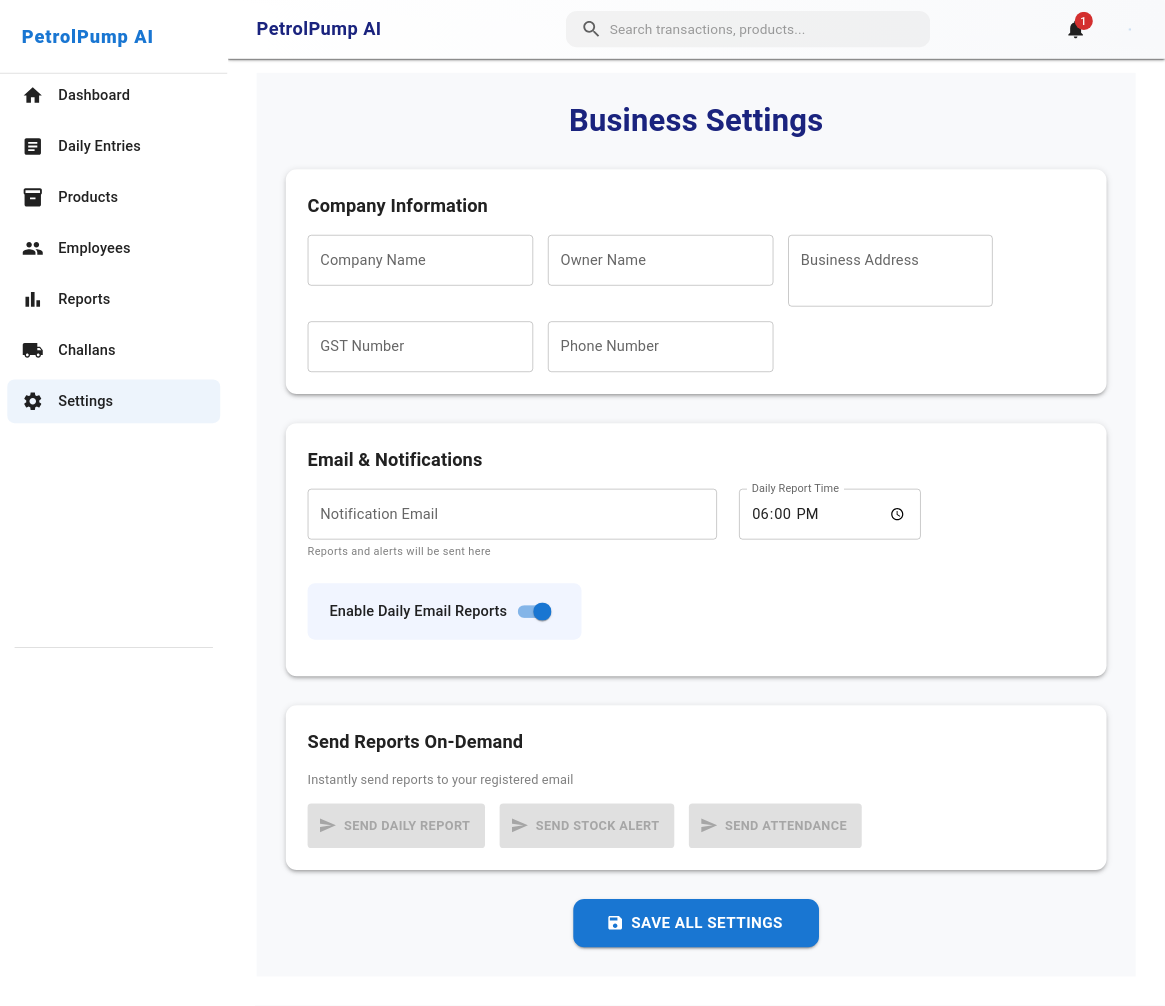
Repository: saquib0509/AI-Enabled-Retail-Management-
Page: /settings (app in frontend/)
These files come from the project's save history. The page is drawn as it stood at one moment and after the next save; the edit follows.
The browser window is 1280 px wide. The pictures show the whole page, at 91% of full size.
The page's requests for data from a server got no answer. The project was rebuilt for these pictures with package versions that can differ from the ones it lists, and the page was loaded fresh each time. No one was signed in, and anything a server would have sent is missing. Also part of the build but not shown: frontend/vite.config.ts, frontend/src/pages/Dashboard.tsx, frontend/src/components/DailyEntryForm.tsx, frontend/src/components/EmployeeList.tsx, frontend/src/components/EmployeeForm.tsx, frontend/src/components/EmployeeAttendance.tsx, frontend/src/components/EmployeeSalary.tsx, frontend/src/pages/Employees.tsx and 10 more.

Above is the page before, as saved 2025-11-09 00:03:03.

### frontend/index.html
<!DOCTYPE html>
<html lang="en">
<head>
  <meta charset="UTF-8">
  <meta name="viewport" content="width=device-width, initial-scale=1.0">
  <title>Petrol Pump Management</title>
  <link rel="stylesheet" href="/src/styles.css">
</head>
<body>
  <div id="root"></div>
  <script type="module" src="/src/main.tsx"></script>
</body>
</html>

### frontend/src/main.tsx
import { StrictMode } from 'react';
import { createRoot } from 'react-dom/client';
import { BrowserRouter } from 'react-router-dom';
import { AppProvider } from './context/AppContext';
import App from './App';
import './styles.css';

// Initialize the application
const container = document.getElementById('root');

if (!container) {
  throw new Error("Failed to find the root element");
}

const root = createRoot(container);

root.render(
  <StrictMode>
    <BrowserRouter>
      <AppProvider>
        <App />
      </AppProvider>
    </BrowserRouter>
  </StrictMode>
);

### frontend/src/App.tsx
import { Routes, Route } from 'react-router-dom';
import Layout from './components/layout/Layout';
import Dashboard from './pages/Dashboard';
import DailyEntryForm from './components/DailyEntryForm';
import Employees from "./pages/Employees";
import Products from "./pages/Products";
import Settings from "./pages/Settings";
import Challans from "./pages/Challans";
import Reports from "./pages/Reports";



const App = () => {
  return (
    <div className="app-container">
      <Routes>
        <Route path="/" element={<Layout />}>
          <Route index element={<Dashboard />} />
          <Route path="entries" element={<DailyEntryForm />} />
          <Route path="products" element={<Products />} />
          <Route path="employees" element={<Employees />} />
          <Route path="reports" element={<Reports />} />
          <Route path="settings" element={<Settings />} />
          <Route path="challans" element={<Challans />} />
        </Route>
      </Routes>
    </div>
  );
};

export default App;

### frontend/src/components/layout/Layout.tsx
import { useState } from 'react';
import { Outlet } from 'react-router-dom';
import { Box, CssBaseline, AppBar, Toolbar, useTheme, useMediaQuery } from '@mui/material';
import Sidebar from './Sidebar';
import Navbar from './Navbar';

const drawerWidth = 250;

export default function Layout() {
  const [mobileOpen, setMobileOpen] = useState(false);
  const theme = useTheme();
  const isDesktop = useMediaQuery(theme.breakpoints.up('md'));

  const handleDrawerToggle = () => {
    setMobileOpen(!mobileOpen);
  };

  return (
    <Box sx={{ display: 'flex', minHeight: '100vh', bgcolor: 'background.default', color: 'text.primary' }}>
      <CssBaseline />
      {/* AppBar */}
      <AppBar
        position="fixed"
        sx={{
          width: { md: `calc(100% - ${drawerWidth}px)` },
          ml: { md: `${drawerWidth}px` },
          bgcolor: 'background.paper',
          color: 'text.primary',
          boxShadow: 2
        }}
        elevation={isDesktop ? 1 : 4}
      >
        <Toolbar variant="dense" disableGutters>
          <Navbar onMenuClick={handleDrawerToggle} />
        </Toolbar>
      </AppBar>
      {/* Drawer/Sidebar */}
      <Sidebar
        variant={isDesktop ? 'permanent' : 'temporary'}
        open={isDesktop ? true : mobileOpen}
        onClose={handleDrawerToggle}
        drawerWidth={drawerWidth}
      />
      {/* Main Content */}
      <Box
        component="main"
        sx={{
          flexGrow: 1,
          p: { xs: 2, sm: 3, md: 4 },
          width: { xs: '100%', md: `calc(100% - ${drawerWidth}px)` },
          mt: 6,
          minHeight: '100vh',
        }}
      >
        <Outlet />
      </Box>
    </Box>
  );
}

### frontend/src/pages/Settings.tsx
import { useState, FC, useEffect } from "react";
import {
  Box,
  Paper,
  TextField,
  Button,
  Stack,
  Typography,
  Switch,
  Alert,
  Grid,
  CircularProgress,
  Divider,
} from "@mui/material";
import SaveIcon from "@mui/icons-material/Save";
import SendIcon from "@mui/icons-material/Send";
import HelpOutlineIcon from "@mui/icons-material/HelpOutline";
import api from "../services/api";

interface BusinessSettings {
  id?: number;
  companyName: string;
  ownerName: string;
  businessAddress: string;
  gstNumber: string;
  emailAddress: string;
  dailyEmailEnabled: boolean;
  emailScheduleTime: string;
  phoneNumber?: string;
  supportEmail?: string;
}

const Settings: FC = () => {
  const [settings, setSettings] = useState<BusinessSettings>({
    companyName: "",
    ownerName: "",
    businessAddress: "",
    gstNumber: "",
    emailAddress: "",
    dailyEmailEnabled: true,
    emailScheduleTime: "18:00",
    phoneNumber: "",
    supportEmail: "",
  });

  const [loading, setLoading] = useState(true);
  const [saved, setSaved] = useState(false);
  const [sendingReport, setSendingReport] = useState<string | null>(null);

  useEffect(() => {
    fetchSettings();
  }, []);

  const fetchSettings = async () => {
    try {
      const res = await api.get<BusinessSettings>("/settings");
      setSettings(res.data);
    } catch {
      console.log("No settings found, creating new...");
    } finally {
      setLoading(false);
    }
  };

  const handleInputChange = (field: string, value: any) => {
    setSettings({ ...settings, [field]: value });
    setSaved(false);
  };

  const handleSave = async () => {
    try {
      const res = await api.post<BusinessSettings>("/settings", settings);
      setSettings(res.data);
      setSaved(true);
      setTimeout(() => setSaved(false), 3000);
    } catch {
      alert("Error saving settings");
    }
  };

  const handleSendReport = async (
    type: "daily-report" | "stock-alert" | "attendance" | "revenue-alert"
  ) => {
    if (!settings.emailAddress) {
      alert("Email address not configured");
      return;
    }
    setSendingReport(type);
    try {
      const endpoints: Record<string, string> = {
        "daily-report": "/settings/send-daily-report-now",
        "stock-alert": "/settings/send-stock-alert-now",
        attendance: "/settings/send-attendance-now",
        "revenue-alert": "/settings/send-revenue-alert-now",
      };
      const res = await api.post(endpoints[type], {});
      alert(res.data);
    } catch (error: any) {
      alert("Error: " + (error.response?.data || "Failed to send report"));
    } finally {
      setSendingReport(null);
    }
  };

  if (loading)
    return (
      <Box display="flex" justifyContent="center" mt={10}>
        <CircularProgress />
      </Box>
    );

  return (
    <Box sx={{ p: 4, background: "#f8f9fb", minHeight: "100vh" }}>
      <Typography
        variant="h4"
        sx={{
          mb: 4,
          fontWeight: "bold",
          color: "#1a237e",
          textAlign: "center",
        }}
      >
        Business Settings
      </Typography>

      {saved && (
        <Alert severity="success" sx={{ mb: 3 }}>
          Settings updated successfully
        </Alert>
      )}

      {/* Company Information */}
      <Paper elevation={3} sx={{ p: 3, mb: 4, borderRadius: 3 }}>
        <Typography variant="h6" sx={{ mb: 2, fontWeight: 600 }}>
          Company Information
        </Typography>
        <Grid container spacing={2}>
          <Grid item xs={12} sm={6}>
            <TextField
              fullWidth
              label="Company Name"
              value={settings.companyName}
              onChange={(e) =>
                handleInputChange("companyName", e.target.value)
              }
            />
          </Grid>
          <Grid item xs={12} sm={6}>
            <TextField
              fullWidth
              label="Owner Name"
              value={settings.ownerName}
              onChange={(e) => handleInputChange("ownerName", e.target.value)}
            />
          </Grid>
          <Grid item xs={12}>
            <TextField
              fullWidth
              label="Business Address"
              multiline
              rows={2}
              value={settings.businessAddress}
              onChange={(e) =>
                handleInputChange("businessAddress", e.target.value)
              }
            />
          </Grid>
          <Grid item xs={12} sm={6}>
            <TextField
              fullWidth
              label="GST Number"
              value={settings.gstNumber}
              onChange={(e) => handleInputChange("gstNumber", e.target.value)}
            />
          </Grid>
          <Grid item xs={12} sm={6}>
            <TextField
              fullWidth
              label="Phone Number"
              value={settings.phoneNumber}
              onChange={(e) => handleInputChange("phoneNumber", e.target.value)}
            />
          </Grid>
        </Grid>
      </Paper>

      {/* Email & Notifications */}
      <Paper elevation={3} sx={{ p: 3, mb: 4, borderRadius: 3 }}>
        <Typography variant="h6" sx={{ mb: 2, fontWeight: 600 }}>
          Email & Notifications
        </Typography>
        <Grid container spacing={3}>
          <Grid item xs={12} md={6}>
            <TextField
              fullWidth
              label="Notification Email"
              type="email"
              value={settings.emailAddress}
              onChange={(e) => handleInputChange("emailAddress", e.target.value)}
            />
            <Typography variant="caption" sx={{ color: "gray" }}>
              Reports and alerts will be sent here
            </Typography>
          </Grid>

          <Grid item xs={12} md={6}>
          {settings.dailyEmailEnabled && (
              <TextField
                label="Daily Report Time"
                type="time"
                value={settings.emailScheduleTime}
                onChange={(e) =>
                  handleInputChange("emailScheduleTime", e.target.value)
                }
                InputLabelProps={{ shrink: true }}
                sx={{ width: 200 }}
              />
            )}
          </Grid>

          <Grid item xs={12}>

            <Stack
              direction="row"
              justifyContent="space-between"
              alignItems="center"
              sx={{
                background: "#f1f5ff",
                borderRadius: 2,
                px: 3,
                py: 1.5,
                mb: 2,
              }}
            >
              <Typography fontWeight="500">
                Enable Daily Email Reports
              </Typography>
              <Switch
                checked={settings.dailyEmailEnabled}
                onChange={(e) =>
                  handleInputChange("dailyEmailEnabled", e.target.checked)
                }
              />
            </Stack>
          </Grid>
        </Grid>
      </Paper>

      {/* Send Reports */}
      <Paper elevation={3} sx={{ p: 3, mb: 4, borderRadius: 3 }}>
        <Typography variant="h6" sx={{ mb: 2, fontWeight: 600 }}>
          Send Reports On-Demand
        </Typography>
        <Typography variant="body2" sx={{ color: "gray", mb: 2 }}>
          Instantly send reports to your registered email
        </Typography>

        <Grid container spacing={2}>
          {[
            {
              label: "Send Daily Report",
              color: "success",
              type: "daily-report",
            },
            { label: "Send Stock Alert", color: "warning", type: "stock-alert" },
            { label: "Send Attendance", color: "info", type: "attendance" },
          ].map((btn) => (
            <Grid item xs={12} sm={6} md={4} key={btn.type}>
              <Button
                fullWidth
                variant="contained"
                color={btn.color as any}
                startIcon={
                  sendingReport === btn.type ? (
                    <CircularProgress size={20} />
                  ) : (
                    <SendIcon />
                  )
                }
                onClick={() =>
                  handleSendReport(
                    btn.type as "daily-report" | "stock-alert" | "attendance"
                  )
                }
                disabled={!settings.emailAddress || !!sendingReport}
                sx={{ py: 1.5, fontWeight: 600 }}
              >
                {sendingReport === btn.type ? "Sending..." : btn.label}
              </Button>
            </Grid>
          ))}
        </Grid>
      </Paper>

      {/* Save */}
      <Stack direction="row" justifyContent="center">
        <Button
          variant="contained"
          startIcon={<SaveIcon />}
          onClick={handleSave}
          sx={{
            px: 5,
            py: 1.5,
            fontSize: "1.05rem",
            fontWeight: "bold",
            borderRadius: 3,
          }}
        >
          Save All Settings
        </Button>
      </Stack>
    </Box>
  );
};

export default Settings;

### frontend/src/services/api.ts
import axios from "axios";

const api = axios.create({
  baseURL: "http://localhost:8080/api",
  headers: {
    'Content-Type': 'application/json',
  },
});

export default api;

Loaded but not shown: frontend/src/context/AppContext.tsx (287 lines, source omitted); frontend/src/components/layout/Navbar.tsx (229 lines, source omitted); frontend/src/components/layout/Sidebar.tsx (149 lines, source omitted); frontend/src/styles.css (204 lines, source omitted)

After the next save:
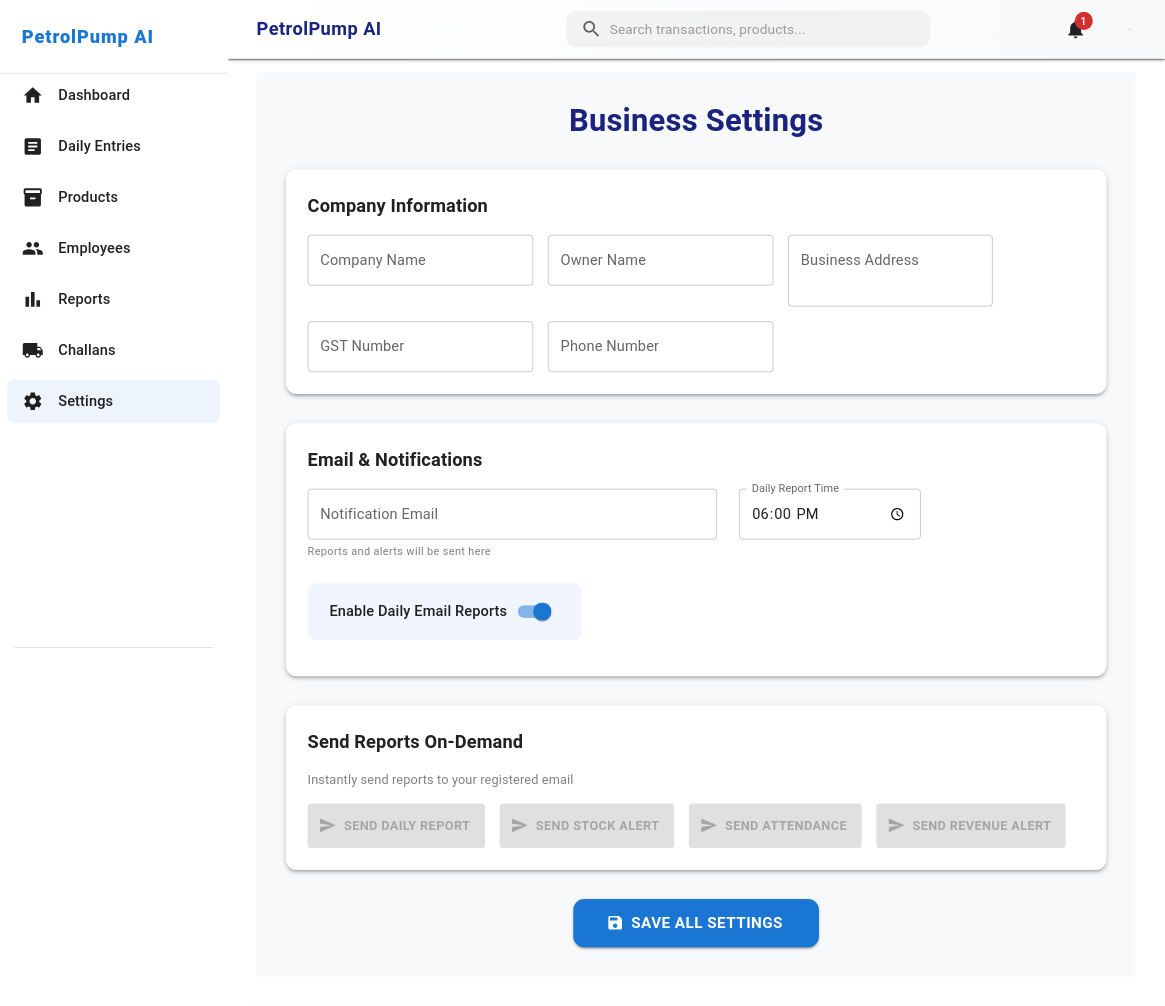
Saved 6 s later.
--- a/frontend/src/pages/Settings.tsx
+++ b/frontend/src/pages/Settings.tsx
@@ -264,6 +264,7 @@
             },
             { label: "Send Stock Alert", color: "warning", type: "stock-alert" },
             { label: "Send Attendance", color: "info", type: "attendance" },
+            { label: "Send Revenue Alert", color: "error", type: "revenue-alert" },
           ].map((btn) => (
             <Grid item xs={12} sm={6} md={4} key={btn.type}>
               <Button
@@ -279,7 +280,7 @@
                 }
                 onClick={() =>
                   handleSendReport(
-                    btn.type as "daily-report" | "stock-alert" | "attendance"
+                    btn.type as "daily-report" | "stock-alert" | "attendance" | "revenue-alert"
                   )
                 }
                 disabled={!settings.emailAddress || !!sendingReport}

After the 3 saves that followed:
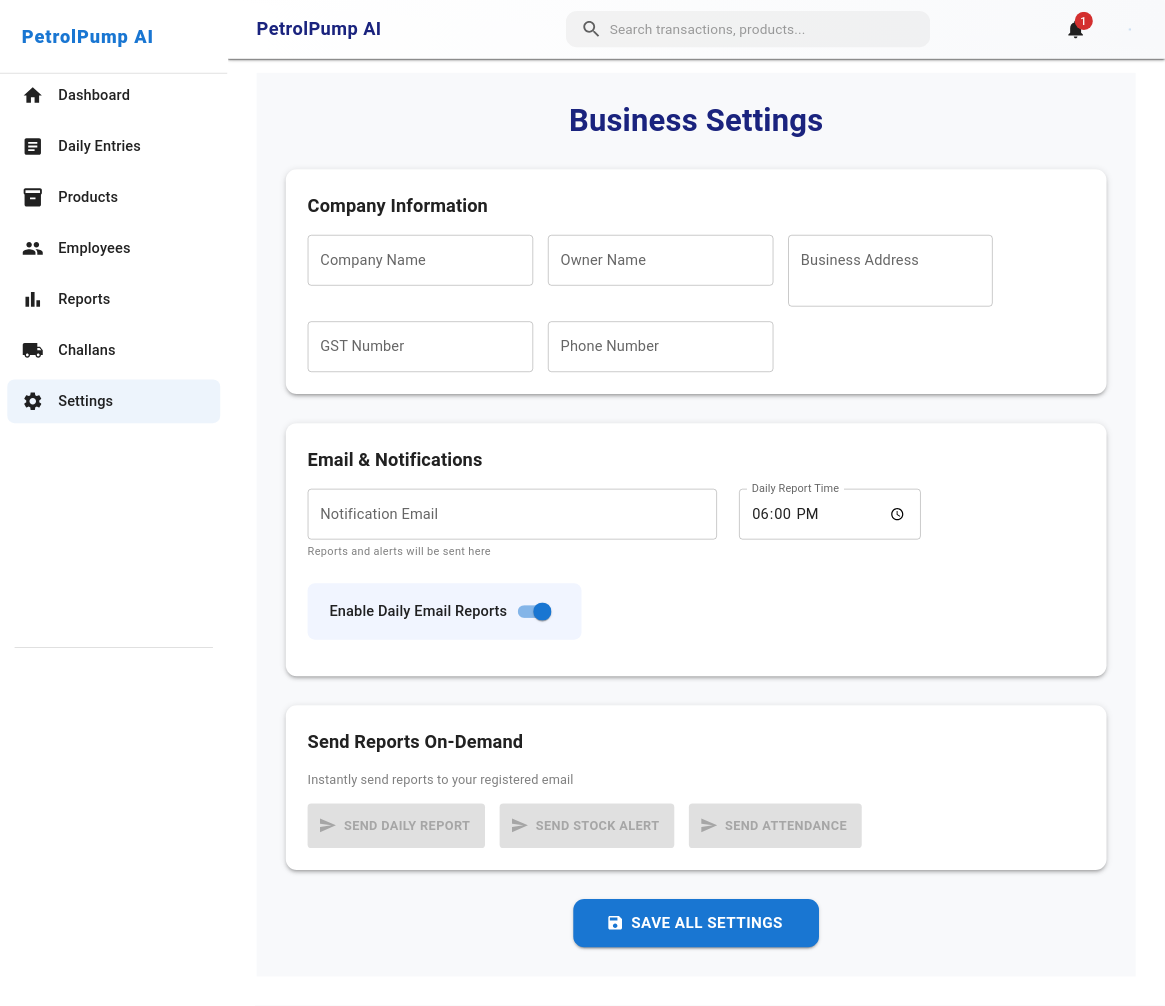
The 3 saves are shown as one change because 2 left the picture as it was.
The last was saved 2 min 27 s later.
--- a/frontend/src/pages/Settings.tsx
+++ b/frontend/src/pages/Settings.tsx
@@ -79,7 +79,7 @@
   };
 
   const handleSendReport = async (
-    type: "daily-report" | "stock-alert" | "attendance" | "revenue-alert"
+    type: "daily-report" | "stock-alert" | "attendance"
   ) => {
     if (!settings.emailAddress) {
       alert("Email address not configured");
@@ -91,7 +91,6 @@
         "daily-report": "/settings/send-daily-report-now",
         "stock-alert": "/settings/send-stock-alert-now",
         attendance: "/settings/send-attendance-now",
-        "revenue-alert": "/settings/send-revenue-alert-now",
       };
       const res = await api.post(endpoints[type], {});
       alert(res.data);
@@ -264,7 +263,6 @@
             },
             { label: "Send Stock Alert", color: "warning", type: "stock-alert" },
             { label: "Send Attendance", color: "info", type: "attendance" },
-            { label: "Send Revenue Alert", color: "error", type: "revenue-alert" },
           ].map((btn) => (
             <Grid item xs={12} sm={6} md={4} key={btn.type}>
               <Button
@@ -280,7 +278,7 @@
                 }
                 onClick={() =>
                   handleSendReport(
-                    btn.type as "daily-report" | "stock-alert" | "attendance" | "revenue-alert"
+                    btn.type as "daily-report" | "stock-alert" | "attendance"
                   )
                 }
                 disabled={!settings.emailAddress || !!sendingReport}
